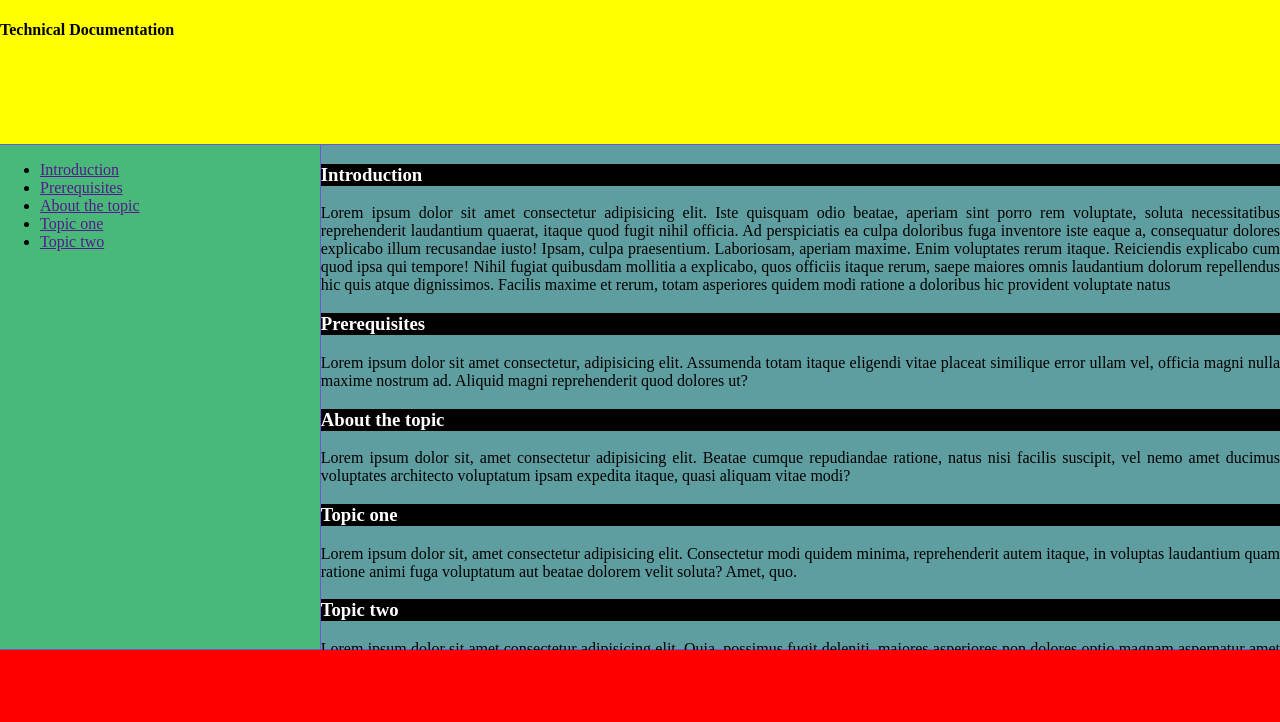
Repository: JoaoLemesDEV/Excercise-Tech-Documentation-Page
Page: index.html
These files come from the project's save history. The page is drawn as it stood at one moment and after a run of saves; the edit follows.
The browser window is 1280 px wide. The pictures show the whole page.

Above is the page before, as saved 2021-10-03 22:01:00.

After the next 5 saves:
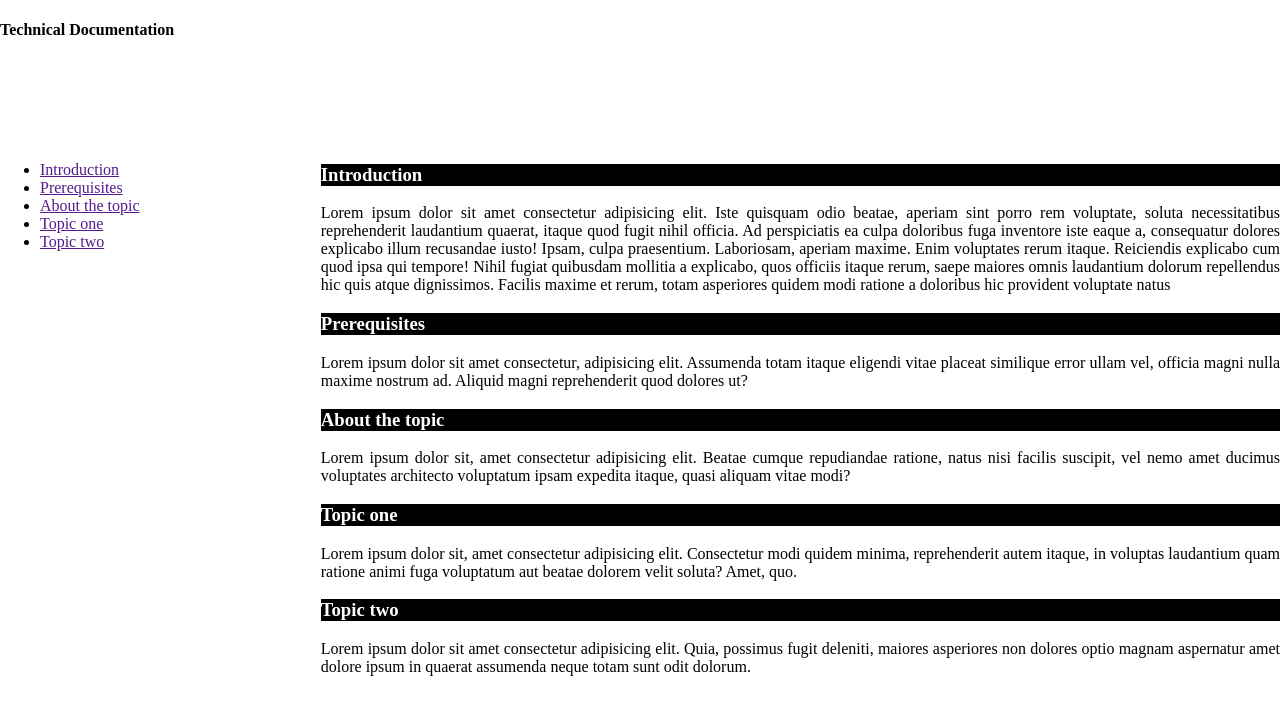
The 5 saves are shown as one change because they came seconds apart.
The last was saved 4 min 36 s later.
--- a/index.css
+++ b/index.css
@@ -2,7 +2,7 @@ html body {
   margin: 0;
   padding: 0;
   box-sizing: border-box;
-  background-color: slateblue;
+ // background-color: slateblue;
 }
 .wrapper {
   display: grid;
@@ -13,22 +13,22 @@ html body {
 }
 
 header {
-  background-color: yellow;
+  //background-color: yellow;
   grid-area: h;
 }
 
 aside {
-  background-color: rgb(73, 185, 122);
+  //background-color: rgb(73, 185, 122);
   grid-area:a;
 }
 
 main {
-  background-color: cadetblue;
+  //background-color: cadetblue;
   text-align: justify;
   grid-area: m;
 }
 
 footer {
-  background-color: red;
+  //background-color: red;
   grid-area: f;
 }
